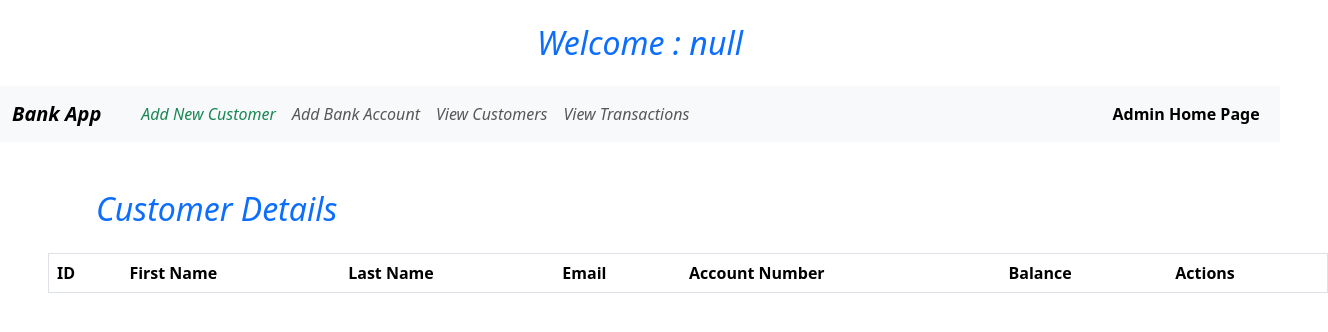
Repository: Niket-mishra/Dummy
Page: http://localhost/demo/user-list.jsp
These files come from the project's save history. The page is drawn as it stood at one moment and after the next save; the edit follows.
The browser window is 1280 px wide. The page is 1328 px wide, so the pictures cover 1328 px, including what lies to the right of the window. The pictures show the whole page.
The page is served by Tomcat 10. The template is opened directly, without the code that normally fills it, so the values that code supplies are empty.

Above is the page before, as saved 2024-05-11 10:27:13.

After the next save:
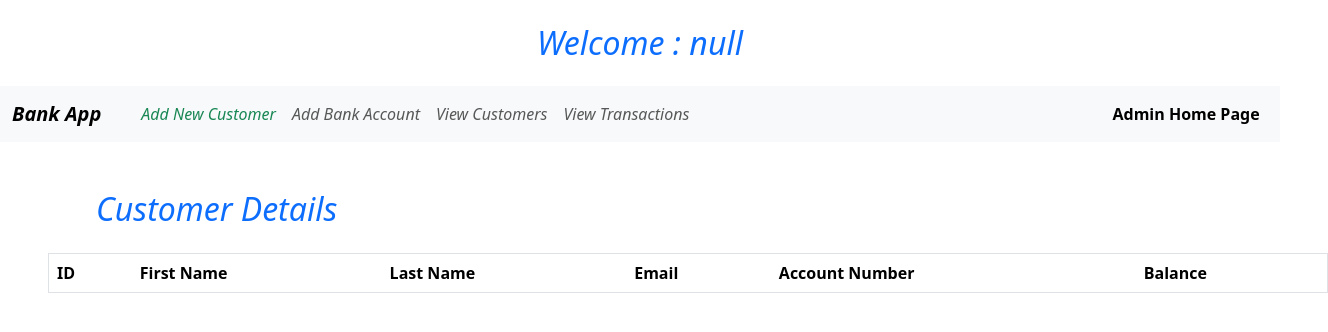
Saved 15 s later.
--- a/demo/src/main/webapp/user-list.jsp
+++ b/demo/src/main/webapp/user-list.jsp
@@ -51,7 +51,7 @@
                                 <th>Email</th>
                                 <th>Account Number</th>
                                 <th>Balance</th>
-                                <th>Actions</th>
+
                             </tr>
                         </thead>
                         <tbody>
